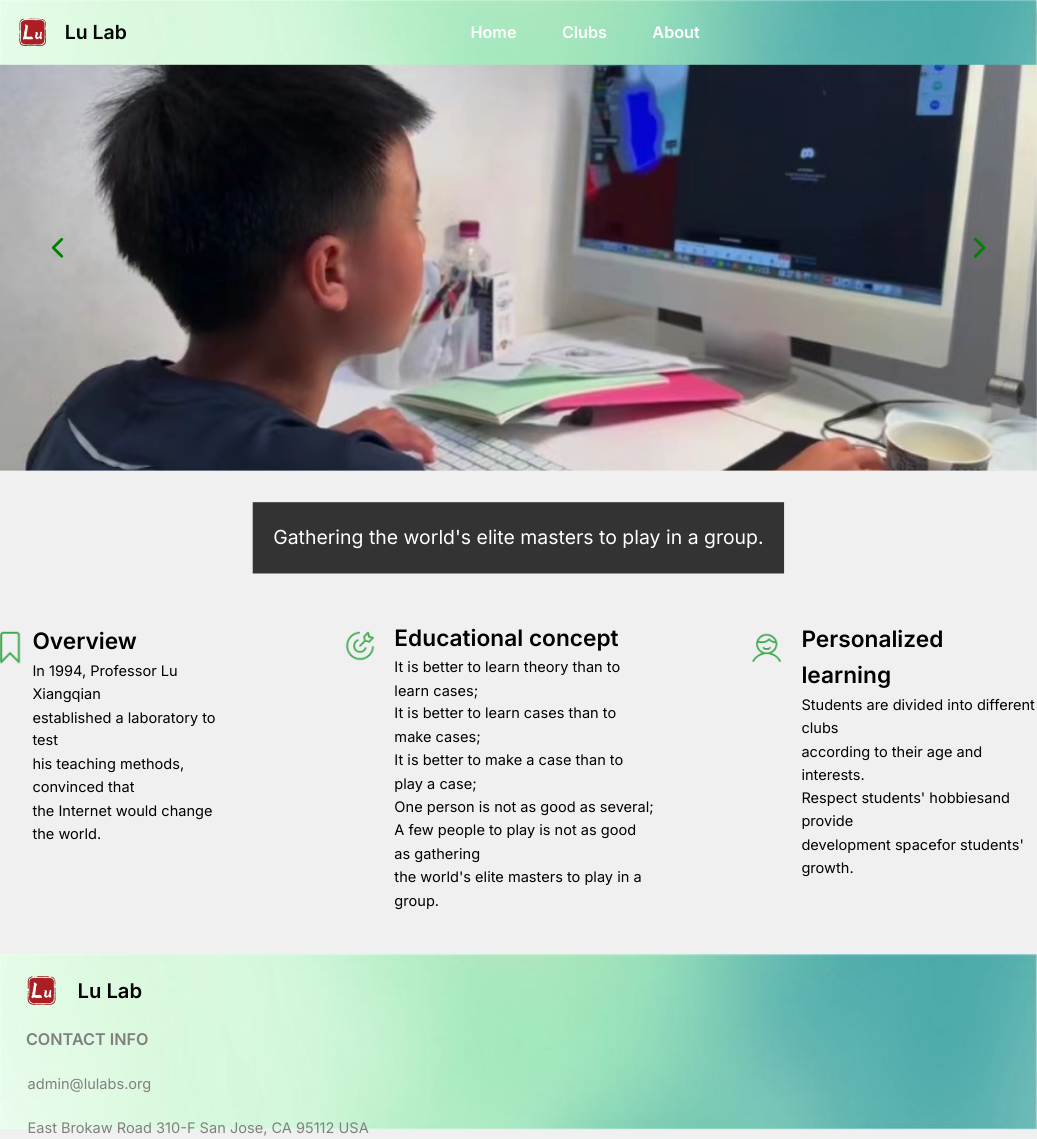
Repository: proflulab/lulab_website_next_js
Page: /
An editor plug-in stored every save of this project. The page is shown before and after the next save, followed by the edit.
The browser window is 1280 px wide. The pictures show the whole page, at 81% of full size.
The project was rebuilt for these pictures with package versions that can differ from the ones it lists, and the page was loaded fresh each time. The framework's server and built-in components were replaced by stand-ins that run in the browser. Also part of the build but not shown: next.config.js, next.config.mjs.

Above is the page before, as saved 2023-12-27 21:18:15.

### app/layout.tsx
import type { Metadata } from "next";
import { Inter } from "next/font/google";
import "./globals.css";

const inter = Inter({ subsets: ["latin"] });

export const metadata: Metadata = {
  title: "Lu Lab",
  description: "Lu Lab",
};

export default function RootLayout({
  children,
}: {
  children: React.ReactNode;
}) {
  return (
    <html lang="en">
      <body className={inter.className}>{children}</body>
    </html>
  );
}

### app/page.tsx
"use client";
import "./globals.css"; // 引入全局 CSS 文件

import React, { useState, useEffect, useRef } from "react";
import { FontAwesomeIcon } from "@fortawesome/react-fontawesome";
import {
  faChevronLeft,
  faChevronRight,
} from "@fortawesome/free-solid-svg-icons";
import Image from "next/image";

import Navbar from "./title/page";
import End from "./title/end";

// export default Navbar;

const Home: React.FC = () => {
  const [images, setImages] = useState<string[]>([]);
  const [currentImageIndex, setCurrentImageIndex] = useState<number>(0);

  useEffect(() => {
    const imageUrls = ["image3.jpg", "xueyuan.jpg", "image1.jpg"];
    setImages(imageUrls);
  }, []);

  useEffect(() => {
    const interval = setInterval(() => {
      setCurrentImageIndex((prevIndex) =>
        prevIndex === images.length - 1 ? 0 : prevIndex + 1
      );
    }, 5000);

    return () => clearInterval(interval);
  }, [images]);

  const showNextImage = () => {
    setCurrentImageIndex((prevIndex) =>
      prevIndex === images.length - 1 ? 0 : prevIndex + 1
    );
  };

  const showPreviousImage = () => {
    setCurrentImageIndex((prevIndex) =>
      prevIndex === 0 ? images.length - 1 : prevIndex - 1
    );
  };
  const [windowWidth, setWindowWidth] = useState<number>(0);

  const [isMobile, setIsMobile] = useState<boolean>(false);

  useEffect(() => {
    const handleResize = () => {
      const width = window.innerWidth;
      setIsMobile(width <= 768);
    };

    handleResize(); // 初始化时调用一次，设置初始的 isMobile 值

    window.addEventListener("resize", handleResize);

    return () => {
      window.removeEventListener("resize", handleResize);
    };
  }, []); // 空数组作为依赖，确保只在组件挂载时执行一次

  return (
    <>
      <Navbar />
      <div
        style={{
          display: "flex",
          flexDirection: "column",
          alignItems: "center",
        }}
      >
        <div
          style={{
            position: "relative",
            width: "100%",
            height: "85vh",
            maxWidth: "100%",
            maxHeight: "85vh",
          }}
        >
          {images.length > 0 && (
            // eslint-disable-next-line @next/next/no-img-element
            <img
              src={images[currentImageIndex]}
              alt={`Image ${currentImageIndex + 1}`}
              style={{
                width: "100%",
                height: "95%",
                objectFit: "cover",
                ...(isMobile
                  ? {
                      height: "75vh",
                      width: "100%",
                      objectFit: "cover",
                    }
                  : {}),
              }}
            />
          )}
          <div
            style={{
              position: "absolute",
              top: "50%",
              transform: "translateY(-50%)",
              left: "5%",
              right: "5%",
              display: "flex",
              justifyContent: "space-between",
            }}
          >
            <button
              onClick={showPreviousImage}
              style={{ color: "green", fontWeight: "bold", fontSize: "28px" }}
            >
              <FontAwesomeIcon icon={faChevronLeft} />
            </button>
            <button
              onClick={showNextImage}
              style={{ color: "green", fontWeight: "bold", fontSize: "28px" }}
            >
              <FontAwesomeIcon icon={faChevronRight} />
            </button>
          </div>
        </div>

        <div
          style={{
            position: "absolute",
            top: isMobile ? "400px" : "620px",
            justifyContent: "space-between",

            backgroundColor: "#333333",
            color: "#fff",
            padding: "25px",
            zIndex: 1,
            width: isMobile ? "80%" : "auto", // 根据屏幕大小更新宽度
          }}
        >
          <p style={{ fontSize: isMobile ? "20px" : "24px" }}>
            Gathering the world&apos;s elite masters to play in a group.
          </p>
        </div>

        <div
          style={{
            fontWeight: "bold",
            fontSize: "45px",
            color: "#000000",
            textAlign: "center",
            marginTop: "40px",
            marginBottom: "40px",
          }}
        >
          Welcome to Lu Lab
        </div>
        {isMobile && (
          <>
            <div
              style={{
                marginBottom: "20px",
                display: "flex",
                alignItems: "flex-start",
              }}
            >
              <Image
                src="/Overview.png"
                alt=""
                width={25}
                height={35}
                style={{ marginLeft: "-30px" }}
              />
              <div style={{ marginLeft: "15px" }}>
                <p
                  style={{
                    fontSize: "28px",
                    fontWeight: "600",
                    marginBottom: "5px",
                    marginTop: "-5px",
                  }}
                >
                  Overview
                </p>
                <p
                  style={{
                    fontSize: "18px",
                    fontWeight: "400",
                    lineHeight: "1.5",
                  }}
                >
                  In 1994, Professor Lu Xiangqian
                  <br /> established a laboratory to test
                  <br />
                  his teaching methods, convinced that
                  <br /> the Internet would change the world. <br />
                </p>
              </div>
            </div>

            <div
              style={{
                marginBottom: "20px",
                display: "flex",
                alignItems: "flex-start",
              }}
            >
              <Image
                src="/Edu.png"
                alt=""
                width={35}
                height={35}
                style={{ marginLeft: "35px" }}
              />
              <div style={{ marginLeft: "15px" }}>
                <p
                  style={{
                    fontSize: "28px",
                    fontWeight: "600",
                    marginBottom: "5px",
                    marginTop: "-5px",
                  }}
                >
                  Educational concept
                </p>
                <p
                  style={{
                    fontSize: "18px",
                    fontWeight: "400",
                    lineHeight: "1.5",
                  }}
                >
                  It is better to learn theory than to learn cases;
                  <br />
                  It is better to learn cases than to make cases;
                  <br />
                  It is better to make a case than to play a case;
                  <br />
                  One person is not as good as several;
                  <br />
                  A few people to play is not as good as gathering
                  <br />
                  the world&apos;s elite masters to play in a group.
                </p>
              </div>
            </div>

            <div
              style={{
                marginBottom: "20px",
                display: "flex",
                alignItems: "flex-start",
              }}
            >
              <Image
                src="/Person.png"
                alt=""
                width={35}
                height={35}
                style={{ marginLeft: "-15px" }}
              />
              <div style={{ marginLeft: "15px" }}>
                <p
                  style={{
                    fontSize: "28px",
                    fontWeight: "600",
                    marginBottom: "5px",
                    marginTop: "-5px",
                  }}
                >
                  Personalized learning
                </p>
                <p
                  style={{
                    fontSize: "18px",
                    fontWeight: "400",
                    lineHeight: "1.5",
                  }}
                >
                  Students are divided into different clubs
                  <br />
                  according to their age and interests.
                  <br />
                  Respect students&apos; hobbies and provide
                  <br />
                  development space for students&apos; growth.
                </p>
              </div>
            </div>
          </>
        )}

        {!isMobile && (
          <div
            style={{
              display: "flex",
              justifyContent: "left",
              marginTop: "20px",
            }}
          >
            <div style={{ flex: "0.9", marginRight: "140px" }}>
              <Image src="/Overview.png" alt="" width={25} height={35} />
              <div style={{ marginLeft: "40px" }}>
                <p
                  style={{
                    color: "black",
                    fontSize: "28px",
                    fontWeight: "600",
                    marginTop: "-50px",
                    textAlign: "left",
                  }}
                >
                  Overview
                </p>
                <p
                  style={{
                    color: "black",
                    fontSize: "18px",
                    fontWeight: "400",
                    textAlign: "left",
                  }}
                >
                  In 1994, Professor Lu Xiangqian
                  <br /> established a laboratory to test
                  <br />
                  his teaching methods, convinced that
                  <br /> the Internet would change the world. <br />
                </p>
              </div>
            </div>
            <div style={{ flex: "1.2", marginRight: "120px" }}>
              {" "}
              <Image src="/Edu.png" alt="" width={35} height={35} />
              <div style={{ marginLeft: "60px" }}>
                <p
                  style={{
                    color: "black",
                    fontSize: "28px",
                    fontWeight: "600",
                    marginTop: "-50px",
                    textAlign: "left",
                  }}
                >
                  Educational concept
                </p>
                <p
                  style={{
                    color: "black",
                    fontSize: "18px",
                    fontWeight: "400",
                    textAlign: "left",
                  }}
                >
                  It is better to learn theory than to learn cases;
                  <br /> It is better to learn cases than to make cases;
                  <br /> It is better to make a case than to play a case;
                  <br /> One person is not as good as several;
                  <br /> A few people to play is not as good as gathering
                  <br /> the world&apos;s elite masters to play in a group.
                </p>
              </div>
            </div>
            <div style={{ flex: "1.1" }}>
              <Image src="/Person.png" alt="" width={35} height={35} />
              <div style={{ marginLeft: "60px" }}>
                <p
                  style={{
                    color: "black",
                    fontSize: "28px",
                    fontWeight: "600",
                    marginTop: "-50px",
                    textAlign: "left",
                  }}
                >
                  Personalized learning
                </p>
                <p
                  style={{
                    color: "black",
                    fontSize: "18px",
                    fontWeight: "400",
                    textAlign: "left",
                  }}
                >
                  Students are divided into different clubs
                  <br /> according to their age and interests.
                  <br /> Respect students&apos; hobbiesand provide
                  <br /> development spacefor students&apos; growth.
                </p>
              </div>
            </div>
          </div>
        )}

        <hr
          style={{
            marginBottom: "50px",
          }}
        />
        <End />
      </div>
    </>
  );
};

export default Home;

### app/globals.css
@tailwind base;
@tailwind components;
@tailwind utilities;
/* 全局样式 */
body {
  font-family: Arial, sans-serif;
  margin: 0;
  padding: 0;
  background-color: #f0f0f0;
  color: #333;
}

h1 {
  font-size: 2em;
  margin-bottom: 20px;
}

p {
  font-size: 16px;
  line-height: 1.5;
}

/* 媒体查询 */
/* 在小屏幕上应用的样式 */
/* globals.css 或者其他全局CSS文件 */
/* 在文件中添加媒体查询样式 */

/* 较小屏幕尺寸下调整内容位置 */
@media (max-width: 768px) {
  .additional-content {
    top: 550px; /* 调整顶部位置 */
    padding: 15px; /* 调整内边距 */
  }
}

/* 更小屏幕尺寸下调整内容位置 */
@media (max-width: 480px) {
  .additional-content {
    top: 500px; /* 更进一步调整顶部位置 */
    padding: 10px; /* 更进一步调整内边距 */
  }
}

/* 更多媒体查询和样式 */

@media (max-width: 768px) {
  body {
    font-size: 14px;
  }

  h1 {
    font-size: 1.5em;
    margin-bottom: 15px;
  }

  p {
    font-size: 14px;
    line-height: 1.4;
  }
}

/* 在更小的屏幕上应用的样式 */
@media (max-width: 480px) {
  body {
    font-size: 12px;
  }

  h1 {
    font-size: 1.2em;
    margin-bottom: 10px;
  }

  p {
    font-size: 12px;
    line-height: 1.3;
  }
}

/* 在大屏幕上应用的样式 */
@media (min-width: 1200px) {
  body {
    font-size: 18px;
  }

  h1 {
    font-size: 2.5em;
    margin-bottom: 25px;
  }

  p {
    font-size: 18px;
    line-height: 1.6;
  }
}

/* 更多自定义样式和媒体查询可以按需添加 */

### app/title/end.tsx
"use client";
import Link from "next/link";
import { useState, useEffect, useRef } from "react";
import Image from "next/image";
const End: React.FC = () => {
  return (
    <div style={{ position: "relative" }}>
      <Image src="/title.jpg" alt="" height="230" width="1700" />
      <div
        style={{
          position: "absolute",
          top: "20px",
          left: "2%",
          display: "flex",
          alignItems: "center",
        }}
      >
        <Image src="/logo.png" alt="" height="50" width="50" />
        <p
          style={{
            color: "black",
            fontSize: "25px",
            fontWeight: "600",
            marginLeft: "20px",
          }}
        >
          Lu Lab
        </p>
      </div>
      <div
        style={{
          position: "absolute",
          top: "90px",
          left: "2.5%",
          textAlign: "left",
        }}
      >
        <div
          style={{
            color: "grey",
            fontSize: "20px",
            fontWeight: "600",
          }}
        >
          CONTACT INFO
        </div>
        <div
          style={{
            color: "grey",
            fontSize: "18px",
            fontWeight: "400",
            marginLeft: "2px",
            textAlign: "left",
          }}
        >
          <br />
          admin@lulabs.org
          <br />
          <br />
          East Brokaw Road 310-F San Jose, CA 95112 USA <br />
        </div>
      </div>
    </div>
  );
};
export default End;

Loaded but not shown: tailwind.config.ts (common file); app/title/page.tsx (272 lines, source omitted)

After the next save:
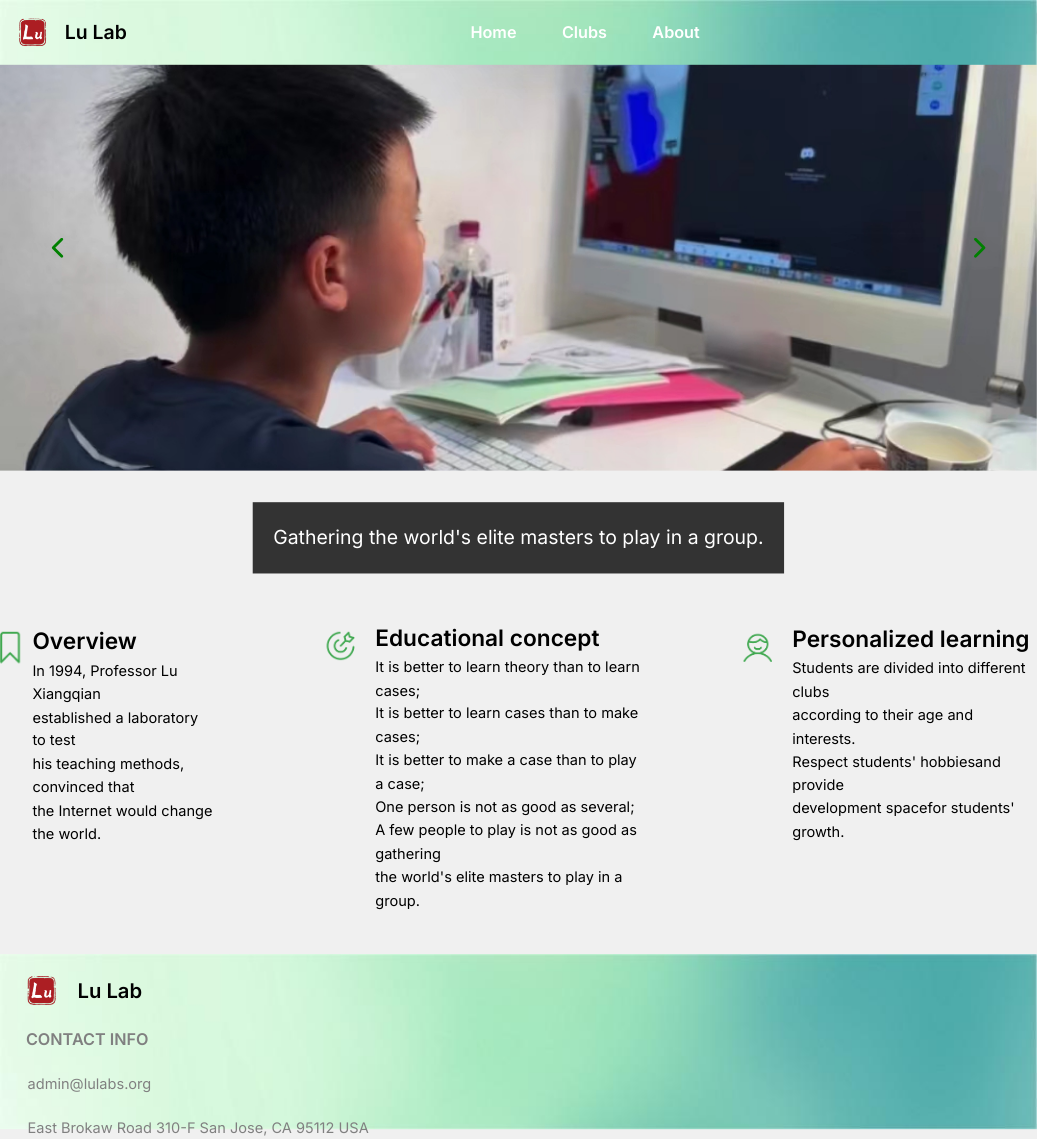
Saved 6 s later.
--- a/app/page.tsx
+++ b/app/page.tsx
@@ -300,7 +300,7 @@ const Home: React.FC = () => {
               marginTop: "20px",
             }}
           >
-            <div style={{ flex: "0.9", marginRight: "140px" }}>
+            <div style={{ flex: "0.8", marginRight: "140px" }}>
               <Image src="/Overview.png" alt="" width={25} height={35} />
               <div style={{ marginLeft: "40px" }}>
                 <p
